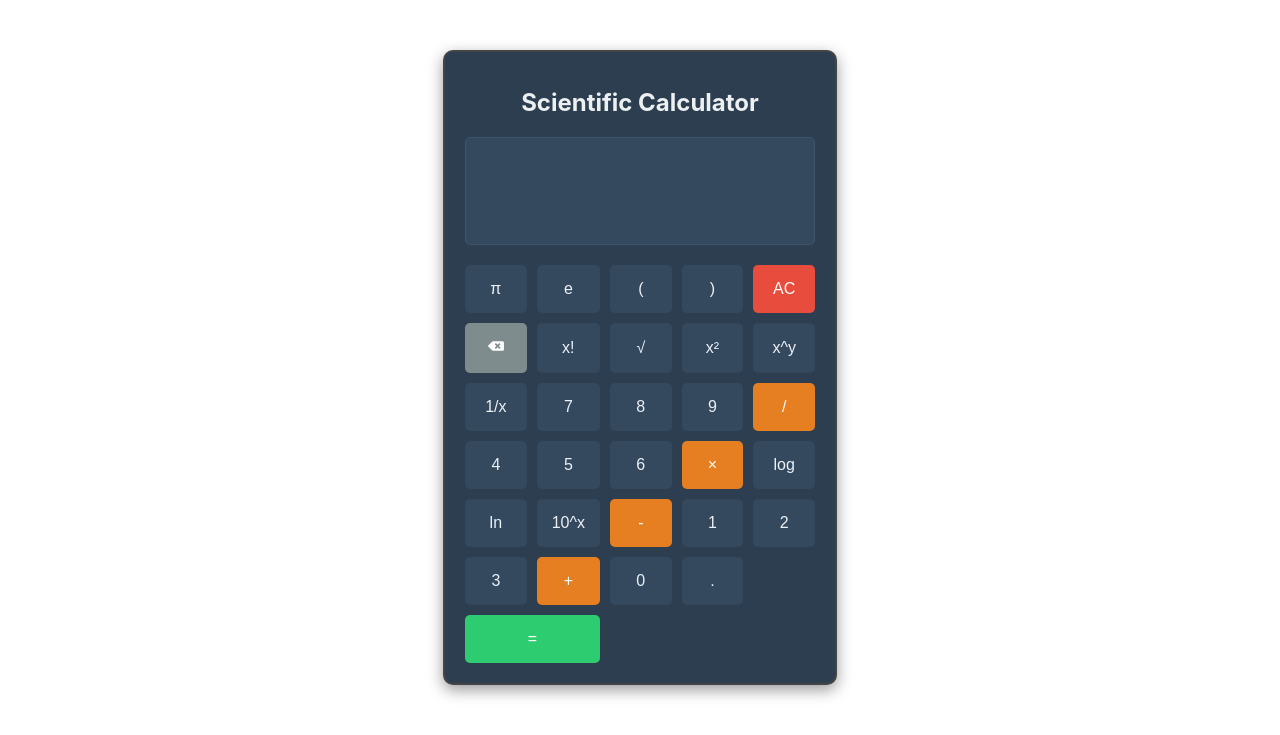
Repository: thesaherriaz/Calculator-React
Page: /
These files come from the project's save history. The page is drawn as it stood at one moment and after the next save; the edit follows.
The browser window is 1280 px wide. The pictures show the whole page.
The project was rebuilt for these pictures with package versions that can differ from the ones it lists, and the page was loaded fresh each time.

Above is the page before, as saved 2025-06-20 12:42:17.

### public/index.html
<!DOCTYPE html>
<html lang="en">
  <head>
    <meta charset="utf-8" />
    <link rel="icon" href="%PUBLIC_URL%/favicon.ico" />
    <meta name="viewport" content="width=device-width, initial-scale=1" />
    <meta name="theme-color" content="#000000" />
    <meta
      name="description"
      content="Web site created using create-react-app"
    />
    <link rel="apple-touch-icon" href="%PUBLIC_URL%/logo192.png" />
    <link rel="stylesheet" href="https://cdnjs.cloudflare.com/ajax/libs/font-awesome/6.0.0/css/all.min.css">
    <!--
      manifest.json provides metadata used when your web app is installed on a
      user's mobile device or desktop. See https://developers.google.com/web/fundamentals/web-app-manifest/
    -->
    <link rel="manifest" href="%PUBLIC_URL%/manifest.json" />
    <!--
      Notice the use of %PUBLIC_URL% in the tags above.
      It will be replaced with the URL of the `public` folder during the build.
      Only files inside the `public` folder can be referenced from the HTML.

      Unlike "/favicon.ico" or "favicon.ico", "%PUBLIC_URL%/favicon.ico" will
      work correctly both with client-side routing and a non-root public URL.
      Learn how to configure a non-root public URL by running `npm run build`.
    -->
    <title>React App</title>
  </head>
  <body>
    <noscript>You need to enable JavaScript to run this app.</noscript>
    <div id="root"></div>
    <!--
      This HTML file is a template.
      If you open it directly in the browser, you will see an empty page.

      You can add webfonts, meta tags, or analytics to this file.
      The build step will place the bundled scripts into the <body> tag.

      To begin the development, run `npm start` or `yarn start`.
      To create a production bundle, use `npm run build` or `yarn build`.
    -->
  </body>
</html>

### src/App.js
import React from 'react'
import Calculator from './compnents/Calculator'

function App() {
  return (
    <Calculator />
  )
}

export default App

### src/compnents/Calculator.jsx
import React, { useState } from 'react';
import './Calculator.css';
import { FaBackspace } from "react-icons/fa";

function Calculator() {
    const [input, setInput] = useState('');
    const [result, setResult] = useState('');

    const handleClick = (value) => {
        if (value === 'AC') {
            setInput('');
            setResult('');
        } else if (value === 'DEL') {
            setInput(prev => prev.slice(0, -1));
        } else if (value === '=') {
            calculateResult();
        } else if (value === '√') {
            setInput(prev => `Math.sqrt(${prev})`);
        } else if (value === 'x²') {
            setInput(prev => `Math.pow(${prev},2)`);
        } else if (value === 'x^y') {
            setInput(prev => `${prev}^`);
        } else if (value === '1/x') {
            setInput(prev => `1/(${prev})`);
        } else if (value === 'log') {
            setInput(prev => `Math.log10(${prev})`);
        } else if (value === 'ln') {
            setInput(prev => `Math.log(${prev})`);
        } else if (value === 'π') {
            setInput(prev => prev + 'Math.PI');
        } else if (value === 'e') {
            setInput(prev => prev + 'Math.E');
        } else if (value === '10^x') {
            setInput(prev => `Math.pow(10,${prev})`);
        } else if (value === 'x!') {
            setInput(prev => `factorial(${prev})`);
        } else {
            setInput(prev => prev + value);
        }
    };

    const factorial = (n) => {
        if (n < 0) return NaN;
        if (n <= 1) return 1;
        return n * factorial(n - 1);
    };

    const calculateResult = () => {
        try {
            // Replace ^ with ** for exponentiation
            let expression = input.replace(/\^/g, '**');
            // Evaluate the expression
            setResult(eval(expression).toString());
        } catch (error) {
            setResult('Error');
        }
    };

    return (
        <div className="calculator">
            <h1>Scientific Calculator</h1>
            <div className="display">
                <div className="input">{input}</div>
                <div className="result">{result}</div>
            </div>
            <div className="buttons">
                <button onClick={() => handleClick('π')}>π</button>
                <button onClick={() => handleClick('e')}>e</button>
                <button onClick={() => handleClick('(')}>(</button>
                <button onClick={() => handleClick(')')}>)</button>
                <button onClick={() => handleClick('AC')} className="clear">AC</button>
                <button onClick={() => handleClick('DEL')} className="delete"><FaBackspace /></button>

                <button onClick={() => handleClick('x!')}>x!</button>
                <button onClick={() => handleClick('√')}>√</button>
                <button onClick={() => handleClick('x²')}>x²</button>
                <button onClick={() => handleClick('x^y')}>x^y</button>
                <button onClick={() => handleClick('1/x')}>1/x</button>

                <button onClick={() => handleClick('7')}>7</button>
                <button onClick={() => handleClick('8')}>8</button>
                <button onClick={() => handleClick('9')}>9</button>
                <button className="operator" onClick={() => handleClick('/')}>/</button>

                <button onClick={() => handleClick('4')}>4</button>
                <button onClick={() => handleClick('5')}>5</button>
                <button onClick={() => handleClick('6')}>6</button>
                <button className="operator" onClick={() => handleClick('*')}>×</button>

                <button onClick={() => handleClick('log')}>log</button>
                <button onClick={() => handleClick('ln')}>ln</button>
                <button onClick={() => handleClick('10^x')}>10^x</button>
                <button className="operator" onClick={() => handleClick('-')}>-</button>

                <button onClick={() => handleClick('1')}>1</button>
                <button onClick={() => handleClick('2')}>2</button>
                <button onClick={() => handleClick('3')}>3</button>
                <button className="operator" onClick={() => handleClick('+')}>+</button>

                <button onClick={() => handleClick('0')}>0</button>
                <button onClick={() => handleClick('.')}>.</button>
                <button className="equals" onClick={() => handleClick('=')}>=</button>
            </div>
        </div>
    );
}

export default Calculator;

### src/compnents/Calculator.css
.calculator {
    width: 350px;
    margin: 50px auto;
    border: 2px solid #444;
    border-radius: 10px;
    padding: 20px;
    background-color: #2c3e50;
    box-shadow: 0 5px 15px rgba(0, 0, 0, 0.4);
    color: white;
}

.calculator h1 {
    text-align: center;
    color: #ecf0f1;
    margin-bottom: 20px;
    font-size: 1.5em;
}

.display {
    background-color: #34495e;
    border: 1px solid #3d566e;
    border-radius: 5px;
    padding: 15px;
    margin-bottom: 20px;
    text-align: right;
    min-height: 70px;
}

.input {
    font-size: 1.2em;
    color: #bdc3c7;
    min-height: 1.2em;
    margin-bottom: 10px;
    word-wrap: break-word;
}

.result {
    font-size: 1.8em;
    font-weight: bold;
    color: #ecf0f1;
    min-height: 1.5em;
    word-wrap: break-word;
}

.buttons {
    display: grid;
    grid-template-columns: repeat(5, 1fr);
    grid-gap: 10px;
}

button {
    padding: 15px;
    font-size: 1em;
    border: none;
    border-radius: 5px;
    background-color: #34495e;
    color: #ecf0f7;
    cursor: pointer;
    transition: all 0.2s;
}

button:hover {
    background-color: #3d566e;
}

button:active {
    transform: scale(0.95);
}

.operator {
    background-color: #e67e22;
    color: white;
}

.operator:hover {
    background-color: #d35400;
}

.clear {
    background-color: #e74c3c;
    color: white;
}

.clear:hover {
    background-color: #c0392b;
}

.delete {
    background-color: #7f8c8d;
    color: white;
}

.delete:hover {
    background-color: #95a5a6;
}

.equals {
    background-color: #2ecc71;
    color: white;
    grid-column: span 2;
}

.equals:hover {
    background-color: #27ae60;
}

/* Scientific buttons
button:nth-child(1),
button:nth-child(2),
button:nth-child(3),
button:nth-child(4),
button:nth-child(5),
button:nth-child(6),
button:nth-child(11),
button:nth-child(12),
button:nth-child(13),
button:nth-child(14),
button:nth-child(19),
button:nth-child(20),
button:nth-child(21) {
    background-color: #3498db;
}

button:nth-child(1):hover,
button:nth-child(2):hover,
button:nth-child(3):hover,
button:nth-child(4):hover,
button:nth-child(5):hover,
button:nth-child(6):hover,
button:nth-child(11):hover,
button:nth-child(12):hover,
button:nth-child(13):hover,
button:nth-child(14):hover,
button:nth-child(19):hover,
button:nth-child(20):hover,
button:nth-child(21):hover {
    background-color: #2980b9;
} */

Loaded but not shown: src/index.js (common file); src/index.css (common file); src/reportWebVitals.js (common file)

After the next save:
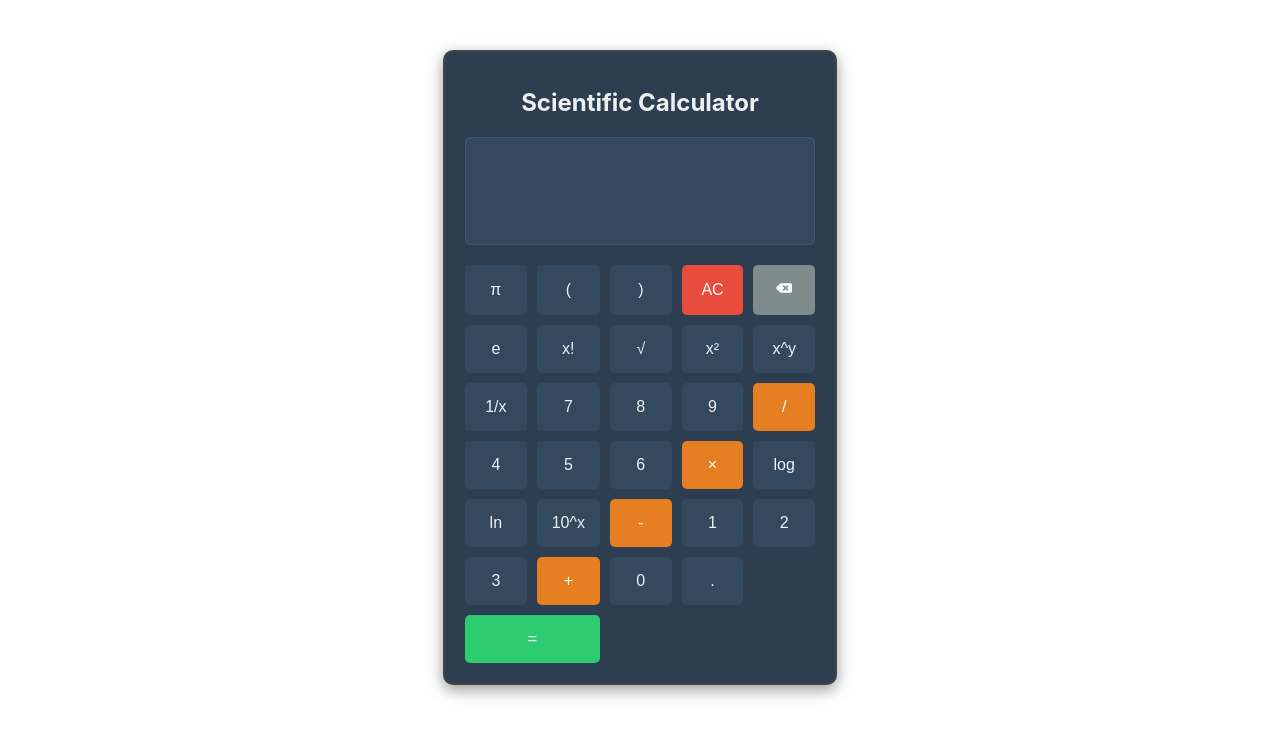
Saved 10 s later.
--- a/src/compnents/Calculator.jsx
+++ b/src/compnents/Calculator.jsx
@@ -65,12 +65,12 @@ function Calculator() {
             </div>
             <div className="buttons">
                 <button onClick={() => handleClick('π')}>π</button>
-                <button onClick={() => handleClick('e')}>e</button>
                 <button onClick={() => handleClick('(')}>(</button>
                 <button onClick={() => handleClick(')')}>)</button>
                 <button onClick={() => handleClick('AC')} className="clear">AC</button>
                 <button onClick={() => handleClick('DEL')} className="delete"><FaBackspace /></button>
 
+                <button onClick={() => handleClick('e')}>e</button>
                 <button onClick={() => handleClick('x!')}>x!</button>
                 <button onClick={() => handleClick('√')}>√</button>
                 <button onClick={() => handleClick('x²')}>x²</button>
